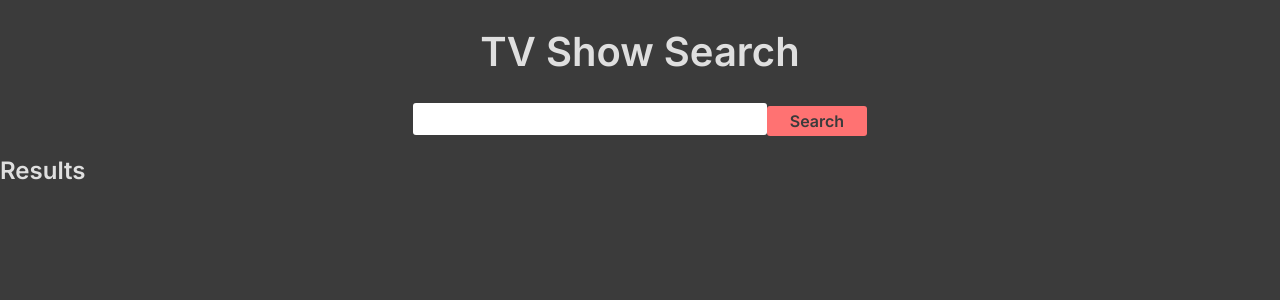
Repository: shayanabedi98/tv-search-react
Page: /
The author's editor kept a copy of each file at every save. The page is drawn from the files as they stood at one save, then again after the next save.
The browser window is 1280 px wide. The pictures show the whole page.
The project was rebuilt for these pictures with package versions that can differ from the ones it lists, and the page was loaded fresh each time. Also part of the build but not shown: vite.config.js.

Above is the page before, as saved 2024-01-02 02:55:56.

### index.html
<!doctype html>
<html lang="en">
  <head>
    <meta charset="UTF-8" />
    <link rel="icon" type="image/svg+xml" href="https://www.svgrepo.com/show/503669/tv.svg" />
    <meta name="viewport" content="width=device-width, initial-scale=1.0" />
    <title>TV Show Search | React</title>
  </head>
  <body>
    <div id="root"></div>
    <script type="module" src="/src/main.jsx"></script>
  </body>
</html>

### src/App.jsx
import { useState } from "react";
import { v4 as uuid } from "uuid";
import List from "./List";
import Search from "./Search";

function App() {
  const [input, setInput] = useState();
  const [showList, setShowList] = useState([]);

  const fetchShow = async () => {
    try {
      if (input) {
        const response = await fetch(
          `https://api.tvmaze.com/search/shows?q=${input}`
        );
        const responseJson = await response.json();
        let newList = [];
        for (let i = 0; i < responseJson.length; i++) {
          if (responseJson[i].show.image) {
            newList.push({
              id: uuid(),
              name: responseJson[i].show.name,
              img: responseJson[i].show.image.medium,
              language: responseJson[i].show.language,
              rating: responseJson[i].show.rating.average,
            });
          }
        }
        setShowList(newList);
        console.log(responseJson);
      }
    } catch (err) {
      console.log(err);
    }
  };

  const handleChange = (e) => {
    setInput(e.target.value);
  };

  return (
    <div>
      <Search fetchShow={fetchShow} input={input} handleChange={handleChange} />
      <List showList={showList} />
    </div>
  );
}

export default App;

### src/index.css
@import url('https://fonts.googleapis.com/css2?family=Inter:wght@600&display=swap');

body {
  font-family: 'Inter', sans-serif;
  margin: 0;
  padding: 0;
  background-color: rgb(59, 59, 59);
  color: rgb(223, 223, 223);
}

.search {
  margin: 0 auto;
  text-align: center;
  width: 950px;
}

.search h1 {
  font-size: 40px;
}

.search input {
  border: none;
  height: 30px;
  width: 350px;
  font-size: 26px;
  outline: none;
  color: rgb(104, 104, 104);
  font-weight: 700;
  border-radius: 3px;
}

.search input:focus {
  outline: 2px grey solid;
}

.search button {
  height: 30px;
  width: 100px;
  font-family: 'Inter', sans-serif;
  border: none;
  background-color: rgb(255, 114, 114);
  color: rgb(59, 59, 59);;
  font-size: 16px;
  border-radius: 3px;
}

### src/List.jsx
import React from "react";

const List = ({ showList }) => {
  return (
      <div className="list-container">
        <h2>Results</h2>
        {showList.length > 0 &&
          showList.map((show) => {
            return (
              <div className="card" key={show.id}>
                <h2>{show.name}</h2>
                <img src={show.img} alt={`cover photo of ${show.name}`} />
                <p>
                  <span>Language: </span>
                  {show.language}
                </p>
                <p>
                  {show.rating ? `Rating: ${show.rating}⭐` : "Rating: N/A"}
                </p>
              </div>
            );
          })}
      </div>
  );
};

export default List;

### src/Search.jsx
import React from "react";

const Search = ({ fetchShow, input, handleChange }) => {
  return (
    <div className="search">
        <h1>TV Show Search</h1>
      <div className="search-bar">
        <input
          type="text"
          onKeyDown={(e) => e.key === "Enter" && fetchShow()}
          onChange={handleChange}
          value={input}
        />
        <button onClick={fetchShow}>Search</button>
      </div>
    </div>
  );
};

export default Search;

Loaded but not shown: src/main.jsx (common file)

After the next save:
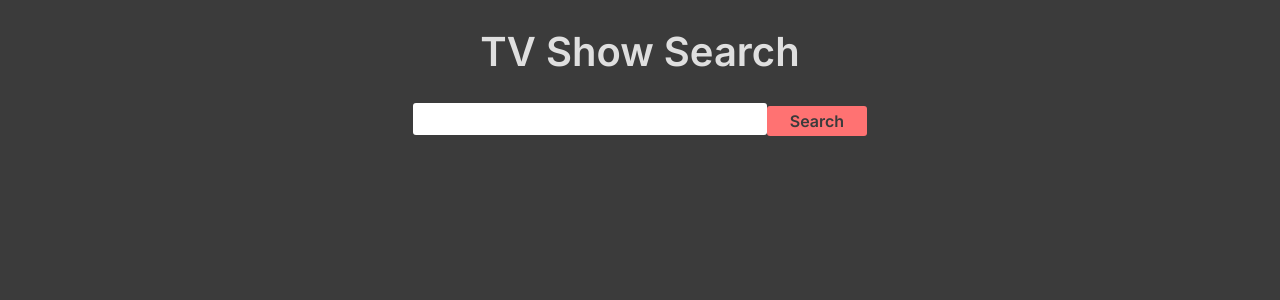
Saved 2 min 15 s later.
--- a/src/List.jsx
+++ b/src/List.jsx
@@ -1,27 +1,22 @@
 import React from "react";
 
 const List = ({ showList }) => {
-  return (
-      <div className="list-container">
-        <h2>Results</h2>
-        {showList.length > 0 &&
-          showList.map((show) => {
-            return (
-              <div className="card" key={show.id}>
-                <h2>{show.name}</h2>
-                <img src={show.img} alt={`cover photo of ${show.name}`} />
-                <p>
-                  <span>Language: </span>
-                  {show.language}
-                </p>
-                <p>
-                  {show.rating ? `Rating: ${show.rating}⭐` : "Rating: N/A"}
-                </p>
-              </div>
-            );
-          })}
-      </div>
-  );
+  showList.length > 0 &&
+    showList.map((show) => {
+      return (
+        <div className="list">
+          <div className="card" key={show.id}>
+            <h2>{show.name}</h2>
+            <img src={show.img} alt={`cover photo of ${show.name}`} />
+            <p>
+              <span>Language: </span>
+              {show.language}
+            </p>
+            <p>{show.rating ? `Rating: ${show.rating}⭐` : "Rating: N/A"}</p>
+          </div>
+        </div>
+      );
+    });
 };
 
 export default List;
